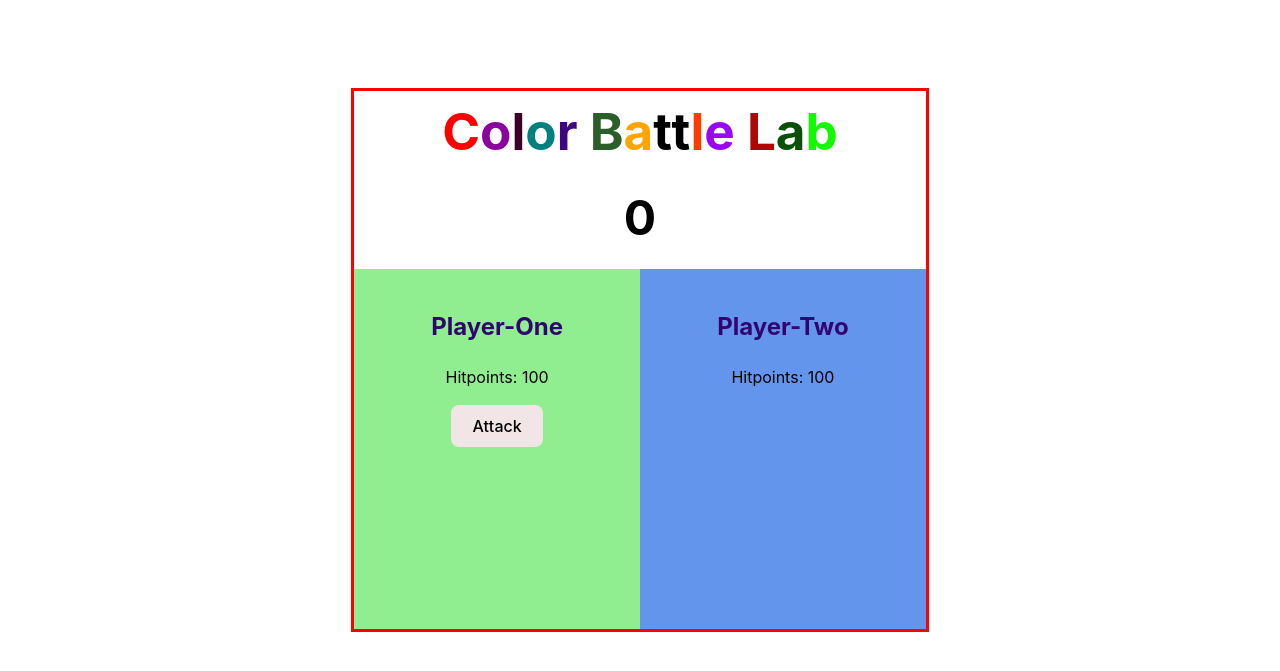
Repository: RAWdevX21/color-battle_lab-build
Page: /
These files come from the project's save history. The page is drawn as it stood at one moment and after the next save; the edit follows.
The browser window is 1280 px wide. The pictures show the whole page.
The project was rebuilt for these pictures with package versions that can differ from the ones it lists, and the page was loaded fresh each time. Also part of the build but not shown: vite.config.js.

Above is the page before, as saved 2023-08-17 05:46:18.

### index.html
<!doctype html>
<html lang="en">
  <head>
    <meta charset="UTF-8" />
    <link rel="icon" type="image/svg+xml" href="/vite.svg" />
    <meta name="viewport" content="width=device-width, initial-scale=1.0" />
    <title>Color Battle</title>
  </head>
  <body>
    <div id="root"></div>
    <script type="module" src="/src/main.jsx"></script>
  </body>
</html>

### src/App.jsx
import { useState } from "react";
import GameBanner from "./Components/GameBanner";
import Player from "./Components/PlayerInfo";
import "./App.css";

export default function App() {

  const [player1, setPlayer1] = useState({
    name: "Player-One",
    color: "lightgreen",
    hitpoints: 100,
    turn: true
  });

  const [player2, setPlayer2] = useState({
    name: "Player-Two",
    color: "cornflowerblue",
    hitpoints: 100,
    turn: false
  });

  const [dice, setDice] = useState(0);

  const handleAttack = (attacker, defender, setAttacker, setDefender) => {
    const damage = Math.floor(Math.random() * 6) + 1;
    setDice(damage);

    const updatedDefender = {
      ...defender,
      hitpoints: defender.hitpoints - damage
    };
    const updatedAttacker = { ...attacker, turn: false };

    setDefender(updatedDefender);
    setAttacker(updatedAttacker);

    // Switch turns
    if (attacker === player1) {
      setPlayer2({ ...player2, turn: true });
    } else {
      setPlayer1({ ...player1, turn: true });
    }


    if (updatedDefender.hitpoints <= 0) {
      alert(`${attacker.name} wins!`);
    }
  };

  return (
    <div className="game-board">
      <GameBanner damagePoints={dice} />

      <div className="players-container">
        <div className="player-wrapper">
          <Player
            player={player1}
            onAttack={() =>
              handleAttack(player1, player2, setPlayer1, setPlayer2)
            }
          />
        </div>
        <div className="player-wrapper">
          <Player
            player={player2}
            onAttack={() =>
              handleAttack(player2, player1, setPlayer2, setPlayer1)
            }
          />
        </div>
      </div>
    </div>
  );
}

### src/index.css
:root {
  font-family: Inter, system-ui, Avenir, Helvetica, Arial, sans-serif;
  line-height: 1.5;
  font-weight: 400;

  color-scheme: light dark;
  background-color: #242424;

}

body {
  margin: 0;
  display: flex;
  place-items: center;
  min-width: 320px;
  min-height: 100vh;
}

h1 {
  font-size: 3.2em;
  line-height: 1.1;
}

button {
  border-radius: 8px;
  border: 1px solid transparent;
  padding: 0.6em 1.2em;
  font-size: 1em;
  font-weight: 500;
  font-family: inherit;
  background-color: #1a1a1a;
  cursor: pointer;
  transition: border-color 0.25s;
}
button:hover {
  border-color: #646cff;
}
button:focus,
button:focus-visible {
  outline: 4px auto -webkit-focus-ring-color;
}

@media (prefers-color-scheme: light) {
  :root {
    background-color: #ffffff;
  }

  button {
    background-color: #ffffff;
  }
}

### src/Components/GameBanner.jsx
import './GameBanner.css';
import Die from "./Die";

const GameBanner = ({ damagePoints }) => {
    return (
      <div className="banner">
        <h1>
          <span className="banner--c">C</span>
          <span className="banner--o">o</span>
          <span className="banner--l">l</span>
          <span className="banner--o2">o</span>
          <span className="banner--r">r</span>
          &nbsp;
          <span className="banner--b">B</span>
          <span className="banner--a">a</span>
          <span className="banner--t">t</span>
          <span className="banner--t">t</span>
          <span className="banner--l2">l</span>
          <span className="banner--e">e</span>
          &nbsp;
          <span className="banner--l3">L</span>
          <span className="banner--a2">a</span>
          <span className="banner--b2">b</span>
        </h1>
        <div className="damage-points">
          <Die value={damagePoints} />
        </div>
      </div>
    );
}

export default GameBanner;

### src/Components/PlayerInfo.jsx
import "./PlayerInfo.css";

const Player = ({ player, onAttack }) => {
  return (
    <div className="player" style={{ backgroundColor: player.color }}>
      <h2>{player.name}</h2>
      <p>Hitpoints: {player.hitpoints}</p>
      {player.turn && (
        <button className="attack-button" onClick={onAttack}>
          Attack
        </button>
      )}
    </div>
  );
};

export default Player;

### src/App.css
#root {
  margin: 0 auto;
  text-align: center;
  border: 3px solid red;
}

h2 {
  color: rgb(49, 5, 112);
}

.players-container {
  display: flex;
  align-items: stretch;
}

.player-wrapper {
  flex: 1;
  height: 50vh !important;
  min-height: 50vh !important;
  box-sizing: border-box;
  overflow: hidden !important;
}

### src/Components/GameBanner.css
.banner {
    text-align: center;
    padding: 1em 5.5rem;
    background-color: #ffffff;
    color: black;
}

.damage-points {
    margin-top: 10px;
    font-size: 6rem;
}

h1 {
    margin-top: -0.25rem;
}

.banner h1 span.banner--c { color: red; }
.banner h1 span.banner--o { color: rgb(140, 4, 158); }
.banner h1 span.banner--l { color: rgb(60, 1, 38); }
.banner h1 span.banner--o2 { color: teal; }
.banner h1 span.banner--r { color: rgb(62, 5, 131); }
.banner h1 span.banner--b { color: rgb(43, 94, 43); }
.banner h1 span.banner--a { color: orange; }
.banner h1 span.banner--t { color: black; }
.banner h1 span.banner--l2 { color: rgb(255, 60, 0); }
.banner h1 span.banner--e { color: rgb(153, 7, 245); }
.banner h1 span.banner--l3 { color: rgb(172, 8, 8); }
.banner h1 span.banner--a2 { color: rgb(8, 80, 8); }
.banner h1 span.banner--b2 { color: rgb(17, 250, 1); }

### src/Components/Die.jsx
import "./Die.css";

const Die = ({ value }) => {
  return <div className="die-container">{value}</div>;
};

export default Die;

### src/Components/PlayerInfo.css
div.player {
    height: 30rem;
    overflow: hidden;
}

.player {
    padding: 20px;
    box-sizing: border-box;
    background-color: #f5f5f5;
}

.attack-button {
    padding: 10px 20px;
    background-color: rgb(242, 229, 229);
    color: black;
    cursor: pointer;
}

### src/Components/Die.css
.die {
    text-align: center;
    font-size: 20px;
    margin-top: 20px;
}

.die-container {
    width: 50px;
    height: 50px;
    /* border: 2px solid black; */
    /* border-radius: 8px; */
    display: flex;
    align-items: center;
    justify-content: center;
    font-size: 3rem;
    font-weight: bold;
    margin: 10px auto;
}

Loaded but not shown: src/main.jsx (common file)

After the next save:
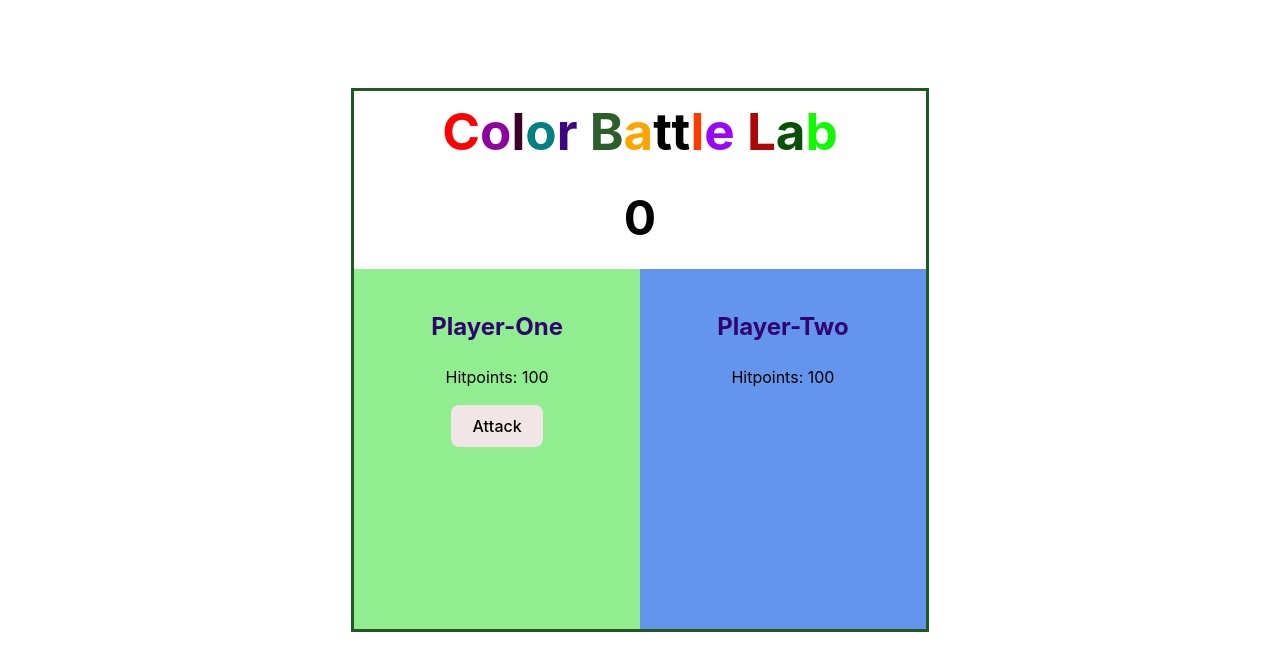
Saved 77 s later.
--- a/src/App.css
+++ b/src/App.css
@@ -1,7 +1,7 @@
 #root {
   margin: 0 auto;
   text-align: center;
-  border: 3px solid red;
+  border: 3px solid rgba(3, 69, 3, 0.884);
 }
 
 h2 {
